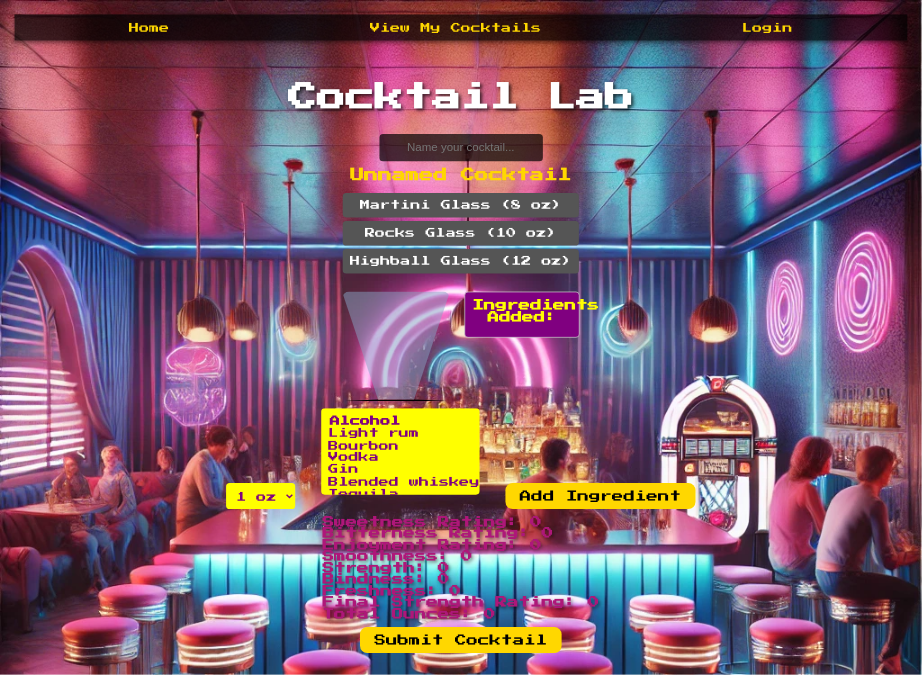
Repository: okanozusen/CockTail-Lab
Page: templates/create_cocktail.html
The author's editor kept a copy of each file at every save. The page is drawn from the files as they stood at one save, then again after a run of saves.
The browser window is 1280 px wide. The pictures show the whole page, at 72% of full size.
Backgrounds fixed to the window are drawn as part of the page. The page is served by the project's application, run on Flask 3 (app.py). Other server files are loaded and not shown. The template is opened directly, without the code that normally fills it, so the values that code supplies are empty.

Above is the page before, as saved 2025-02-12 18:11:11.

### templates/create_cocktail.html
<!DOCTYPE html>
<html lang="en">
<head>
    <meta charset="UTF-8">
    <meta name="viewport" content="width=device-width, initial-scale=1.0">
    <title>Cocktail Lab</title>
    <style>
        @import url('https://fonts.googleapis.com/css2?family=Press+Start+2P&display=swap');

        * { margin: 0; padding: 0; box-sizing: border-box; }

        body {
            display: flex;
            flex-direction: column;
            align-items: center;
            justify-content: flex-start;
            font-family: 'Press Start 2P', cursive;
            background: url('static/images/Bar.webp') no-repeat center center fixed;
            background-size: cover;
            color: white;
            padding: 20px;
        }

        nav {
    background-color: rgba(0, 0, 0, 0.7);
    padding: 10px 20px;
    width: 100%;
    display: flex;
    justify-content: space-around;
    align-items: center;
    box-shadow: 0 4px 6px rgba(0, 0, 0, 0.5);
}

nav ul {
    list-style-type: none;
    display: flex;
    justify-content: space-around;
    width: 100%;
    padding: 0;
    margin: 0;
}

nav ul li {
    margin: 0 15px;
}

nav ul li a {
    text-decoration: none;
    color: #FFD700;
    font-family: 'Press Start 2P', cursive;
    font-size: 14px;
    padding: 10px 15px;
    border: 2px solid transparent;
    transition: all 0.3s;
    text-align: center;
}

nav ul li a:hover {
    background-color: #FFD700;
    color: black;
    border-color: #FFD700;
    border-radius: 5px;
}

        h1 {
            font-size: 2.5rem;
            margin: 60px 0 20px;
            text-shadow: 3px 3px 5px rgba(0, 0, 0, 0.7);
        }

        .main-content {
            display: flex;
            gap: 20px;
            align-items: flex-start;
        }

        #cocktailDisplay {
            display: flex;
            flex-direction: column;
            align-items: center;
            margin-top: 20px;
            width: 150px;
            position: relative;
        }

        .cup {
            position: relative;
            width: 100px;
            background-color: transparent;
            border-radius: 10px;
            border: 2px solid black;
        }

        .cup.martini {
            width: 100px;
            height: 150px;
            background-color: transparent;
            border-bottom: 150px solid rgba(135, 164, 196, 0.5);
            border-left: 50px solid transparent;
            border-right: 50px solid transparent;
            transform: rotate(180deg);
        }

        .cup.highball {
            height: 240px;
            width: 24px;
            background-color: rgba(135, 164, 196, 0.5);
            border-radius: 10px;
        }

        .cup.rocks {
            height: 150px;
            width: 100px;
            background-color: rgba(135, 164, 196, 0.5);
            border-radius: 10px;
        }

        #cocktailColor {
            position: absolute;
            bottom: 0;
            left: 0;
            width: 100%;
            height: 0;
            background-color: transparent;
            transition: height 0.3s ease, background-color 0.3s ease;
        }

        .cup-option {
            cursor: pointer;
            padding: 10px;
            margin: 5px;
            background-color: #555;
            border-radius: 5px;
            font-size: 14px;
            text-align: center;
        }

        .cup-option.selected-cup {
            background-color: #777;
            border: 2px solid #aaa;
        }

        #ozSelect, #ingredients {
            margin: 10px;
            padding: 10px;
            background-color: yellow;
            color: purple;
            border: none;
            border-radius: 5px;
            font-family: 'Press Start 2P', cursive;
            font-size: 14px;
        }

        #ingredients {
            width: 220px;
            height: 120px;
            overflow-y: scroll;
        }

        #ingredientList {
            margin-top: 20px;
            border: 1px solid #ccc;
            padding: 10px;
            background-color: purple;
            color: white;
            max-width: 160px;
            border-radius: 5px;
            text-align: center;
        }

        #ingredientList h3 {
            margin-bottom: 10px;
            font-size: 1rem;
            color: yellow;
        }

        #ingredientList ul {
            list-style: none;
            padding: 0;
        }

        #ingredientList li {
            margin: 5px 0;
            font-size: 14px;
            color: white;
            display: flex;
            justify-content: space-between;
        }

        #cocktailNameInput {
            margin: 10px;
            padding: 10px;
            font-size: 1rem;
            text-align: center;
            border: none;
            border-radius: 5px;
            outline: none;
            background: rgba(0, 0, 0, 0.7);
            color: #FFD700;
        }

        #cocktailNameDisplay {
            margin-bottom: 10px;
            font-size: 1.2rem;
            font-weight: bold;
            color: #FFD700;
            text-transform: capitalize;
        }

        #submitCocktail, button {
            margin: 10px;
            padding: 10px 20px;
            font-size: 1rem;
            background-color: #FFD700;
            color: black;
            border: none;
            border-radius: 10px;
            cursor: pointer;
            transition: all 0.3s;
            font-family: 'Press Start 2P', cursive;
        }

        #submitCocktail:hover, button:hover {
            background-color: #FFC107;
        }

        #ratingsDisplay p, #ratingsDisplay span {
            color: #ae1779;
            font-weight: bold;
            text-shadow: 2px 2px 5px rgba(0, 0, 0, 0.5);
        }
    </style>
</head>
<body>
    <nav>
        <ul>
            <li><a href="{{ url_for('index') }}">Home</a></li>
            <li><a href="{{ url_for('cocktail_detail') }}">View My Cocktails</a></li>
            {% if current_user.is_authenticated %}
                <li><a href="{{ url_for('logout') }}">Logout</a></li>
            {% else %}
                <li><a href="{{ url_for('login') }}">Login</a></li>
            {% endif %}
        </ul>
    </nav>



    <h1>Cocktail Lab</h1>

    <input id="cocktailNameInput" type="text" placeholder="Name your cocktail..." oninput="updateCocktailName()">
    <div id="cocktailNameDisplay">Unnamed Cocktail</div>

    <div>
        <div class="cup-option" onclick="selectCup(8, 'martini', event)">Martini Glass (8 oz)</div>
        <div class="cup-option" onclick="selectCup(10, 'rocks', event)">Rocks Glass (10 oz)</div>
        <div class="cup-option" onclick="selectCup(12, 'highball', event)">Highball Glass (12 oz)</div>
    </div>

    <div class="main-content">
        <div id="cocktailDisplay" class="cup martini">
            <div id="cocktailColor"></div>
        </div>

        <div id="ingredientList">
            <h3>Ingredients Added:</h3>
            <ul id="ingredientItems"></ul>
        </div>
    </div>

    <div>
        <select id="ozSelect" onchange="updateOunces()">
            <option value="1">1 oz</option>
            <option value="2">2 oz</option>
            <option value="3">3 oz</option>
        </select>

        <select id="ingredients" multiple></select>
        <button onclick="addIngredient()">Add Ingredient</button>
    </div>

    <div id="ratingsDisplay">
        <p>Sweetness Rating: <span id="sweetnessRating">0</span></p>
        <p>Bitterness Rating: <span id="bitternessRating">0</span></p>
        <p>Enjoyment Rating: <span id="enjoymentRating">0</span></p>
        <p>Smoothness: <span id="smoothnessRating">0</span></p>
        <p>Strength: <span id="strengthRating">0</span></p>
        <p>Bindness: <span id="bindnessRating">0</span></p>
        <p>Freshness: <span id="freshnessRating">0</span></p>
        <p>Final Strength Rating: <span id="finalStrengthRating">0</span></p>
        <p>Total Ounces: <span id="totalOunces">0</span></p>
    </div>

    <button id="submitCocktail" onclick="submitCocktail()">Submit Cocktail</button>


<script>
let selectedCupCapacity = 8;
let totalOunces = 0;
let ingredientsAdded = [];
let ingredientOunces = {};


const ingredientProperties = {
    "Alcohol": {
        "Light rum": { color: "#D1E8E4", bitterness: 2, smoothness: 7, strength: 4 },
        "Bourbon": { color: "#7A5C3C", bitterness: 4, smoothness: 6, strength: 7 },
        "Vodka": { color: "#D1D1D1", bitterness: 1, smoothness: 8, strength: 5 },
        "Gin": { color: "#D1E8E4", bitterness: 3, smoothness: 7, strength: 6 },
        "Blended whiskey": { color: "#7A5C3C", bitterness: 4, smoothness: 5, strength: 6 },
        "Tequila": { color: "#FFD700", bitterness: 4, smoothness: 5, strength: 7 },
        "Sweet Vermouth": { color: "#9B1C1C", bitterness: 3, smoothness: 6, strength: 5 },
        "Apricot brandy": { color: "#FFD700", bitterness: 2, smoothness: 7, strength: 5 },
        "Triple sec": { color: "#E5D97E", bitterness: 2, smoothness: 6, strength: 4 },
        "Southern Comfort": { color: "#7A5C3C", bitterness: 3, smoothness: 6, strength: 5 },
        "Orange bitters": { color: "#FFA500", bitterness: 7, smoothness: 4, strength: 3 },
        "Brandy": { color: "#7A5C3C", bitterness: 3, smoothness: 7, strength: 6 },
        "Lemon vodka": { color: "#F1E5AC", bitterness: 2, smoothness: 8, strength: 5 },
        "Dry Vermouth": { color: "#F1E5AC", bitterness: 5, smoothness: 5, strength: 4 },
        "Dark rum": { color: "#3E1F1A", bitterness: 5, smoothness: 6, strength: 7 },
        "Amaretto": { color: "#7A5C3C", bitterness: 2, smoothness: 6, strength: 4 },
        "Tea": { color: "#6B4F34", bitterness: 2, smoothness: 8, strength: 3 },
        "Applejack": { color: "#FFD700", bitterness: 4, smoothness: 5, strength: 6 },
        "Champagne": { color: "#FFFAE3", bitterness: 1, smoothness: 9, strength: 4 },
        "Scotch": { color: "#7A5C3C", bitterness: 6, smoothness: 5, strength: 8 },
        "Coffee liqueur": { color: "#3E1F1A", bitterness: 2, smoothness: 7, strength: 4 },
        "Añejo rum": { color: "#7A5C3C", bitterness: 4, smoothness: 6, strength: 7 },
        "Bitters": { color: "#6B4F34", bitterness: 9, smoothness: 2, strength: 3 },
        "Kahlua": { color: "#3E1F1A", bitterness: 3, smoothness: 7, strength: 3 },
        "Dubonnet Rouge": { color: "#9B1C1C", bitterness: 5, smoothness: 5, strength: 5 },
        "Irish whiskey": { color: "#7A5C3C", bitterness: 4, smoothness: 6, strength: 7 },
        "Apple brandy": { color: "#FFD700", bitterness: 3, smoothness: 6, strength: 5 },
        "Carbonated water": { color: "#D1D1D1", bitterness: 1, smoothness: 9, strength: 1 },
        "Cherry brandy": { color: "#9B1C1C", bitterness: 3, smoothness: 6, strength: 4 },
        "Creme de Cacao": { color: "#3E1F1A", bitterness: 2, smoothness: 7, strength: 3 },
        "Port": { color: "#9B1C1C", bitterness: 4, smoothness: 6, strength: 6 },
        "Coffee brandy": { color: "#6B4F34", bitterness: 3, smoothness: 5, strength: 4 },
        "Red wine": { color: "#9B1C1C", bitterness: 4, smoothness: 6, strength: 5 },
        "Rum": { color: "#F1E5AC", bitterness: 4, smoothness: 5, strength: 6 },
        "Ricard": { color: "#E5D97E", bitterness: 8, smoothness: 3, strength: 6 },
        "Sherry": { color: "#7A5C3C", bitterness: 4, smoothness: 6, strength: 5 },
        "Cognac": { color: "#7A5C3C", bitterness: 3, smoothness: 7, strength: 7 },
        "Sloe gin": { color: "#8B3B8C", bitterness: 3, smoothness: 6, strength: 5 },
        "Strawberry schnapps": { color: "#FF0000", bitterness: 2, smoothness: 7, strength: 3 },
        "Apple cider": { color: "#7A5C3C", bitterness: 3, smoothness: 6, strength: 5 }
    },

    "Non-Alcohol": {
        "Lime juice": { color: "#00FF00", sweetness: 2, freshness: 8, binds: 7 },
        "Lemon juice": { color: "#FFFF00", sweetness: 3, freshness: 7, binds: 6 },
        "Cranberry juice": { color: "#D32F2F", sweetness: 3, freshness: 7, binds: 8 },
        "Orange": { color: "#FFA500", sweetness: 4, freshness: 6, binds: 5 },
        "Sugar": { color: "#FFFFFF", sweetness: 10, freshness: 1, binds: 1 },
        "Milk": { color: "#FFFFFF", sweetness: 3, freshness: 5, binds: 8 },
        "Lemonade": { color: "#FFFF00", sweetness: 7, freshness: 6, binds: 6 },
        "Carbonated water": { color: "#D1D1D1", sweetness: 1, freshness: 9, binds: 1 },
        "Grapefruit juice": { color: "#FF6347", sweetness: 2, freshness: 7, binds: 5 },
        "Apple juice": { color: "#FFEB3B", sweetness: 8, freshness: 6, binds: 5 },
        "Pineapple juice": { color: "#FFEB3B", sweetness: 6, freshness: 7, binds: 5 },
        "Ginger": { color: "#DDB67D", sweetness: 2, freshness: 8, binds: 7 },
        "Strawberries": { color: "#FF0000", sweetness: 9, freshness: 8, binds: 6 },
        "Cantaloupe": { color: "#FFA500", sweetness: 8, freshness: 9, binds: 7 },
        "Berries": { color: "#8A2BE2", sweetness: 7, freshness: 8, binds: 6 },
        "Grapes": { color: "#8B0000", sweetness: 8, freshness: 7, binds: 5 },
        "Coconut milk": { color: "#FFFACD", sweetness: 6, freshness: 4, binds: 7 },
        "Papaya": { color: "#FF6347", sweetness: 8, freshness: 9, binds: 7 },
        "Agave syrup": { color: "#D3B09C", sweetness: 9, freshness: 3, binds: 2 },
        "Almond milk": { color: "#FFF5F3", sweetness: 6, freshness: 5, binds: 7 },
        "Honey": { color: "#FFB900", sweetness: 10, freshness: 2, binds: 2 },
        "Pomegranate": { color: "#800000", sweetness: 6, freshness: 7, binds: 6 },
        "Mango": { color: "#FFB300", sweetness: 9, freshness: 8, binds: 7 },
        "Blueberry": { color: "#0000FF", sweetness: 7, freshness: 8, binds: 6 },
        "Blue Curacao (non-alcoholic)": { color: "#1E90FF", sweetness: 6, freshness: 5, binds: 7 },
        "Blue Raspberry Syrup": { color: "#00BFFF", sweetness: 9, freshness: 4, binds: 3 },
        "Butterfly Pea Flower": { color: "#6A5ACD", sweetness: 3, freshness: 7, binds: 5 },
        "Ginger Ale": { color: "#D1E8E2", sweetness: 5, freshness: 7, binds: 6 },
        "Mint Syrup": { color: "#98FB98", sweetness: 6, freshness: 7, binds: 5 },
        "Pineapple": { color: "#FFE135", sweetness: 7, freshness: 7, binds: 6 },
        "Cucumber": { color: "#7FFFD4", sweetness: 3, freshness: 9, binds: 7 },
        "Kiwi": { color: "#8FBC8F", sweetness: 6, freshness: 8, binds: 6 }
    }
};


const ingredientSelect = document.getElementById("ingredients");
Object.keys(ingredientProperties).forEach(category => {
    const optgroup = document.createElement("optgroup");
    optgroup.label = category;
    Object.keys(ingredientProperties[category]).forEach(ingredient => {
        const option = document.createElement("option");
        option.value = ingredient;
        option.textContent = ingredient;
        optgroup.appendChild(option);
    });
    ingredientSelect.appendChild(optgroup);
});


function addIngredient() {
    const selectedIngredients = Array.from(document.getElementById("ingredients").selectedOptions);
    const ounce = parseInt(document.getElementById("ozSelect").value);


    selectedIngredients.forEach(option => {
        const ingredient = option.value;
        const category = getCategory(ingredient);


        if (totalOunces + ounce <= selectedCupCapacity) {
            if (!ingredientsAdded.includes(ingredient)) {
                ingredientsAdded.push(ingredient);
                ingredientOunces[ingredient] = ounce;
            } else {
                ingredientOunces[ingredient] += ounce;
            }
            updateIngredientList();
        }
    });
    updateDisplay();
}


function updateIngredientList() {
    const ingredientItems = document.getElementById("ingredientItems");
    ingredientItems.innerHTML = "";
    ingredientsAdded.forEach(ingredient => {
        const category = getCategory(ingredient);
        const color = ingredientProperties[category][ingredient].color;
        ingredientItems.innerHTML += `
            <li>
                <span style="color: ${color}">${ingredient} - ${ingredientOunces[ingredient]} oz</span>
                <button onclick="removeIngredient('${ingredient}')">Remove</button>
            </li>`;
    });
}


function removeIngredient(ingredient) {
    ingredientsAdded = ingredientsAdded.filter(item => item !== ingredient);
    delete ingredientOunces[ingredient];
    updateIngredientList();
    updateDisplay();
}


function updateDisplay() {
    totalOunces = Object.values(ingredientOunces).reduce((sum, val) => sum + val, 0);


    let blendedRatings = { sweetness: 0, bitterness: 0, freshness: 0, smoothness: 0, strength: 0, bindness: 0 };
    let blendedColors = [];
    let totalWeight = 0;


    ingredientsAdded.forEach(ingredient => {
        const category = getCategory(ingredient);
        const properties = ingredientProperties[category][ingredient];
        const ounces = ingredientOunces[ingredient];
        const weight = ounces / selectedCupCapacity;


        blendedColors.push(properties.color);
        Object.keys(blendedRatings).forEach(key => {
            if (properties[key]) blendedRatings[key] += properties[key] * weight;
        });
        totalWeight += weight;
    });


    Object.keys(blendedRatings).forEach(key => {
        blendedRatings[key] = totalWeight > 0 ? Math.min(10, Math.round(blendedRatings[key] / totalWeight)) : 0;
    });


    const blendedColor = blendColors(blendedColors);
    const enjoyment = Math.max(1, 10 - Math.abs(blendedRatings.sweetness - blendedRatings.bitterness));
    const finalStrength = Math.max(1, 10 - Math.abs(blendedRatings.strength - blendedRatings.bindness));


    document.getElementById("cocktailColor").style.height = `${(totalOunces / selectedCupCapacity) * 100}%`;
    document.getElementById("cocktailColor").style.backgroundColor = blendedColor;


    document.getElementById("sweetnessRating").textContent = blendedRatings.sweetness || 0;
    document.getElementById("bitternessRating").textContent = blendedRatings.bitterness || 0;
    document.getElementById("freshnessRating").textContent = blendedRatings.freshness || 0;
    document.getElementById("smoothnessRating").textContent = blendedRatings.smoothness || 0;
    document.getElementById("strengthRating").textContent = blendedRatings.strength || 0;
    document.getElementById("bindnessRating").textContent = blendedRatings.bindness || 0;
    document.getElementById("totalOunces").textContent = totalOunces;
    document.getElementById("enjoymentRating").textContent = enjoyment;
    document.getElementById("finalStrengthRating").textContent = finalStrength;
}


function blendColors(colors) {
    if (colors.length === 0) return "#D1D1D1";
    let r = 0, g = 0, b = 0, count = 0;


    colors.forEach(color => {
        let c = parseInt(color.slice(1), 16);
        r += (c >> 16) & 0xff;
        g += (c >> 8) & 0xff;
        b += c & 0xff;
        count++;
    });


    r = Math.round(r / count);
    g = Math.round(g / count);
    b = Math.round(b / count);


    return `rgb(${r}, ${g}, ${b})`;
}


function getCategory(ingredient) {
    return Object.keys(ingredientProperties).find(category => ingredientProperties[category].hasOwnProperty(ingredient));
}


function selectCup(capacity, cupType, event) {
    selectedCupCapacity = capacity;
    document.querySelectorAll(".cup-option").forEach(option => option.classList.remove("selected-cup"));
    event.target.classList.add("selected-cup");

    document.getElementById("cocktailDisplay").className = `cup ${cupType}`;
    ingredientsAdded = [];
    ingredientOunces = {};
    updateIngredientList();
    updateDisplay();
}

function submitCocktail() {
    const cocktailName = document.getElementById("cocktailNameInput").value || "Unnamed Cocktail";
    const selectedCupOption = document.querySelector(".cup-option.selected-cup");
    const cupText = selectedCupOption ? selectedCupOption.textContent.trim() : null;
    const capacity = selectedCupCapacity;

    if (!cupText || !capacity) {
        alert("Please select a cup.");
        return;
    }

    const cocktailData = {
        name: cocktailName.trim(),
        cup: cupText,
        capacity: capacity,
        ingredients: ingredientsAdded.map(ingredient => ({
            name: ingredient,
            ounces: ingredientOunces[ingredient] || 0,
        })),
        color: document.getElementById("cocktailColor").style.backgroundColor || "#FFFFFF",
        sweetness: parseFloat(document.getElementById("sweetnessRating").textContent) || 0,
        bitterness: parseFloat(document.getElementById("bitternessRating").textContent) || 0,
        enjoyment_rating: parseFloat(document.getElementById("enjoymentRating").textContent) || 0,
        smoothness: parseFloat(document.getElementById("smoothnessRating").textContent) || 0,
        strength: parseFloat(document.getElementById("strengthRating").textContent) || 0,
        freshness: parseFloat(document.getElementById("freshnessRating").textContent) || 0,
        final_strength: parseFloat(document.getElementById("finalStrengthRating").textContent) || 0,
    };

    fetch('/create_cocktail', {
        method: 'POST',
        headers: { 'Content-Type': 'application/json' },
        body: JSON.stringify(cocktailData)
    })
    .then(response => {
        if (response.redirected) {
            window.location.href = response.url;
        } else {
            return response.json();
        }
    })
    .then(data => {
        if (data && data.error) {
            alert(data.error || "Failed to create cocktail. Please try again.");
        }
    })
    .catch(error => {
        console.error("Error:", error);
        alert("An unexpected error occurred. Please try again.");
    });
}


</script>
</body>
</html>

Loaded but not shown: app.py (393 lines, source omitted); ingredients.py (87 lines, source omitted)

After the next 2 saves:
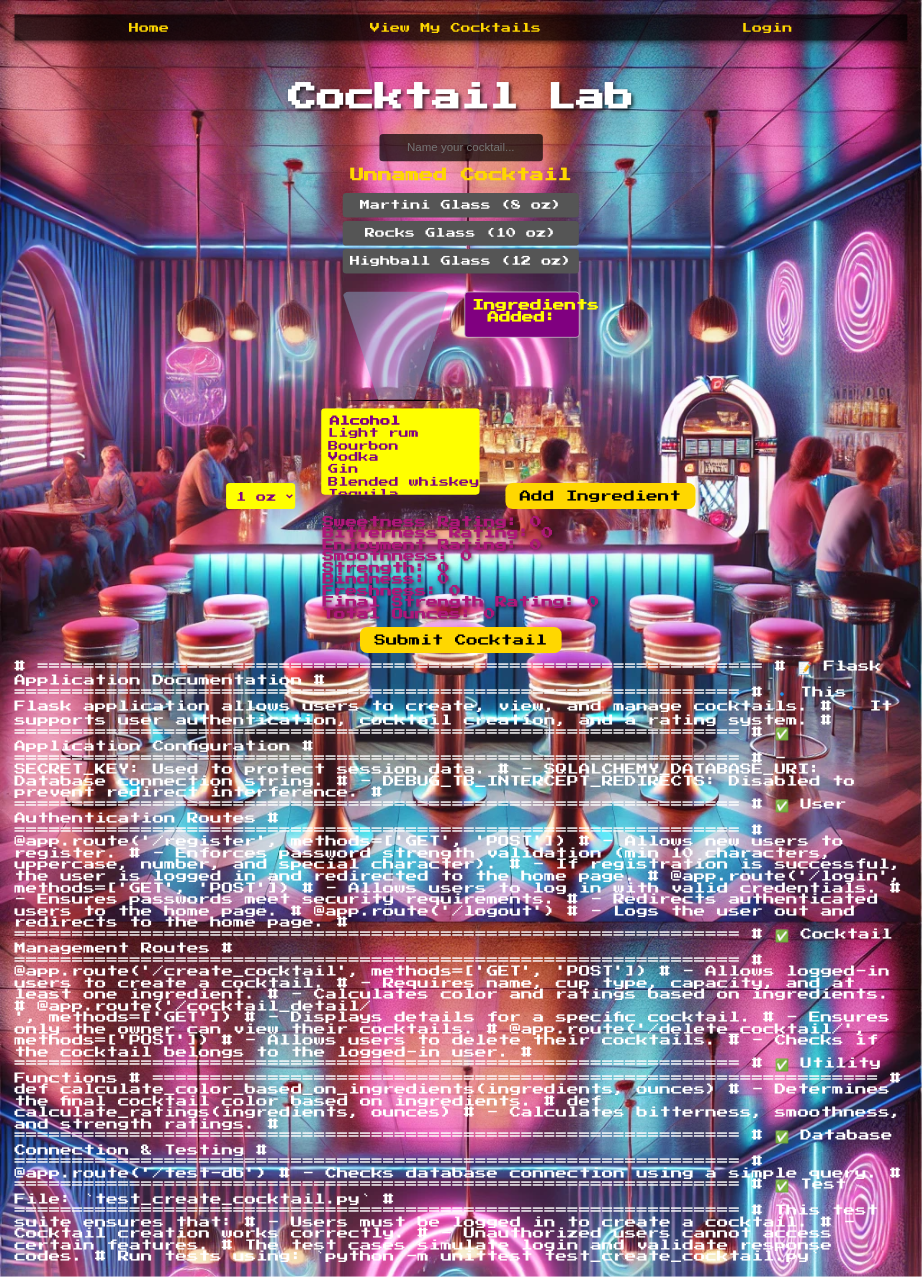
The 2 saves are shown as one change because they came seconds apart.
The last was saved 3 min 40 s later.
--- a/templates/create_cocktail.html
+++ b/templates/create_cocktail.html
@@ -589,3 +589,81 @@ function submitCocktail() {
 </script>
 </body>
 </html>
+
+# ===============================================================
+# 📝 Flask Application Documentation
+# ===============================================================
+
+# 🔹 This Flask application allows users to create, view, and manage cocktails.
+# 🔹 It supports user authentication, cocktail creation, and a rating system.
+
+# ===============================================================
+# ✅ Application Configuration
+# ===============================================================
+
+# - SECRET_KEY: Used to protect session data.
+# - SQLALCHEMY_DATABASE_URI: Database connection string.
+# - DEBUG_TB_INTERCEPT_REDIRECTS: Disabled to prevent redirect interference.
+
+# ===============================================================
+# ✅ User Authentication Routes
+# ===============================================================
+
+# @app.route('/register', methods=['GET', 'POST'])
+# - Allows new users to register.
+# - Enforces password strength validation (min 10 characters, uppercase, number, and special character).
+# - If registration is successful, the user is logged in and redirected to the home page.
+
+# @app.route('/login', methods=['GET', 'POST'])
+# - Allows users to log in with valid credentials.
+# - Ensures passwords meet security requirements.
+# - Redirects authenticated users to the home page.
+
+# @app.route('/logout')
+# - Logs the user out and redirects to the home page.
+
+# ===============================================================
+# ✅ Cocktail Management Routes
+# ===============================================================
+
+# @app.route('/create_cocktail', methods=['GET', 'POST'])
+# - Allows logged-in users to create a cocktail.
+# - Requires name, cup type, capacity, and at least one ingredient.
+# - Calculates color and ratings based on ingredients.
+
+# @app.route('/cocktail_detail/<int:cocktail_id>', methods=['GET'])
+# - Displays details for a specific cocktail.
+# - Ensures only the owner can view their cocktails.
+
+# @app.route('/delete_cocktail/<int:cocktail_id>', methods=['POST'])
+# - Allows users to delete their cocktails.
+# - Checks if the cocktail belongs to the logged-in user.
+
+# ===============================================================
+# ✅ Utility Functions
+# ===============================================================
+
+# def calculate_color_based_on_ingredients(ingredients, ounces)
+# - Determines the final cocktail color based on ingredients.
+
+# def calculate_ratings(ingredients, ounces)
+# - Calculates bitterness, smoothness, and strength ratings.
+
+# ===============================================================
+# ✅ Database Connection & Testing
+# ===============================================================
+
+# @app.route('/test-db')
+# - Checks database connection using a simple query.
+
+# ===============================================================
+# ✅ Test File: `test_create_cocktail.py`
+# ===============================================================
+
+# This test suite ensures that:
+# - Users must be logged in to create a cocktail.
+# - Cocktail creation works correctly.
+# - Unauthorized users cannot access certain features.
+
+# The test cases simulate login and validate response codes.
+# Run tests using: `python -m unittest test_create_cocktail.py`
